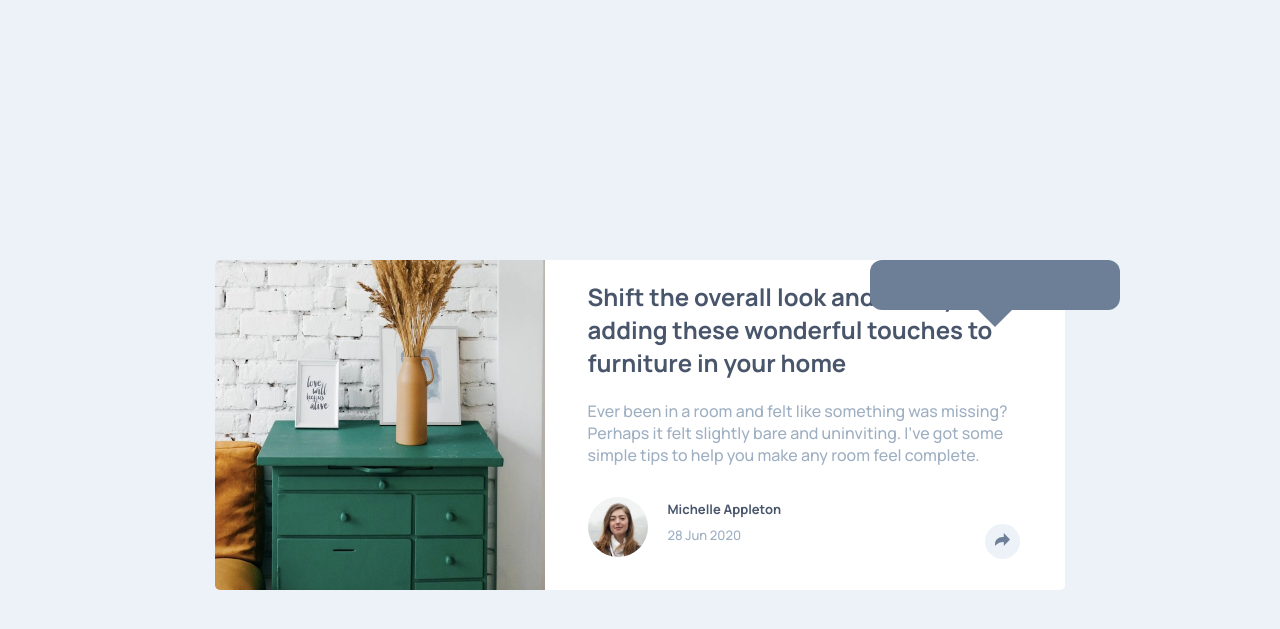
Repository: ricky603/training-css
Page: article-preview-component-master/index.html
The author's editor kept a copy of each file at every save. The page is drawn from the files as they stood at one save, then again after a run of saves.
The browser window is 1280 px wide. The pictures show the whole page.

Above is the page before, as saved 2020-09-09 10:05:55.

### article-preview-component-master/index.html
<!DOCTYPE html>
<html lang="en">

<head>
    <meta charset="UTF-8">
    <meta name="viewport" content="width=device-width, initial-scale=1.0">
    <!-- displays site properly based on user's device -->

    <link rel="icon" type="image/png" sizes="32x32" href="./images/favicon-32x32.png">
    <link rel="stylesheet" href="./styles.css">
    <link href="https://fonts.googleapis.com/css2?family=Manrope:wght@500;700&display=swap" rel="stylesheet">

    <title>Frontend Mentor | Article preview component</title>

    <!-- Feel free to remove these styles or customise in your own stylesheet 👍 -->
</head>

<body>
    <div class="article">
        <div id="image">
            <img src="./images/drawers.jpg" class="drawer">
        </div>

        <div class="post">
            <div class="head">
                <h2>Shift the overall look and feel by adding these wonderful touches to furniture in your home</h2>
            </div>
            <div class="body">
                <p>Ever been in a room and felt like something was missing? Perhaps it felt slightly bare and uninviting. I’ve got some simple tips to help you make any room feel complete.</p>
            </div>
            <div class="avatar">
                <img src="./images/avatar-michelle.jpg" class="profile">
                <div class="profile-name">
                    <p class="name">Michelle Appleton</p>
                    <p class="date">28 Jun 2020</p>
                </div>
            </div>
            <div class="share">
                <img src="./images/icon-share.svg" class="icon">
            </div>
        </div>
        <div class="speech-bubble">

        </div>
    </div>


</body>

</html>

<!--

  Ever been in a room and felt like something was missing? Perhaps
  it felt slightly bare and uninviting. I’ve got some simple tips
  to help you make any room feel complete.

  Michelle Appleton
  28 Jun 2020

  Share -->

### article-preview-component-master/styles.css
body {
    background-color: hsl(210, 46%, 95%);
}

h2 {
    font-family: 'Manrope';
    font-weight: 700;
}

#image {
    display: inline-block;
}

.post {
    position: absolute;
    width: 52%;
    display: inline-block;
    margin: 0% 5% 0% 5%;
}

.body {
    position: relative;
    display: inline-block;
    font-family: 'Manrope';
    color: hsl(212, 23%, 69%);
    bottom: 15px;
}

.head {
    display: inline-block;
    color: hsl(217, 19%, 35%);
}

.article {
    position: fixed;
    width: 850px;
    height: 330px;
    background-color: white;
    margin: auto;
    top: 50%;
    left: 50%;
    margin-top: -100px;
    margin-left: -425px;
    border-radius: 5px;
}

.drawer {
    width: 330px;
    height: 330px;
    border-radius: 5px 0 0 5px;
}

.attribution {
    font-size: 11px;
    text-align: center;
}

.attribution a {
    color: hsl(228, 45%, 44%);
}

.avatar {
    display: inline-block;
    margin-bottom: 100%;
}

.profile {
    height: 30%;
    width: 30%;
    border-radius: 100%;
    float: left;
    margin-right: 10%;
}

.profile-name {
    position: relative;
    width: 200px;
    bottom: 10px;
}

.name {
    font-family: 'Manrope';
    font-weight: 700;
    font-size: 13px;
    color: hsl(217, 19%, 35%);
}

.date {
    position: relative;
    bottom: 5px;
    font-family: 'Manrope';
    font-size: 13px;
    color: hsl(212, 23%, 69%);
}

.share {
    display: inline-block;
    position: absolute;
    left: 90%;
    top: 35%;
    background-color: hsl(210, 46%, 95%);
    width: 35px;
    height: 35px;
    border-radius: 100%;
}

.icon {
    position: absolute;
    margin: 27%;
}

.speech-bubble {
    display: inline-block;
    position: absolute;
    background: hsl(214, 17%, 51%);
    width: 250px;
    height: 50px;
    border-radius: 12px;
    left: 77%;
}

.speech-bubble:after {
    content: '';
    position: absolute;
    bottom: 0;
    left: 50%;
    width: 0;
    height: 0;
    border: 17px solid transparent;
    border-top-color: hsl(214, 17%, 51%);
    border-bottom: 0;
    margin-left: -17px;
    margin-bottom: -17px;
}

After the next 2 saves:
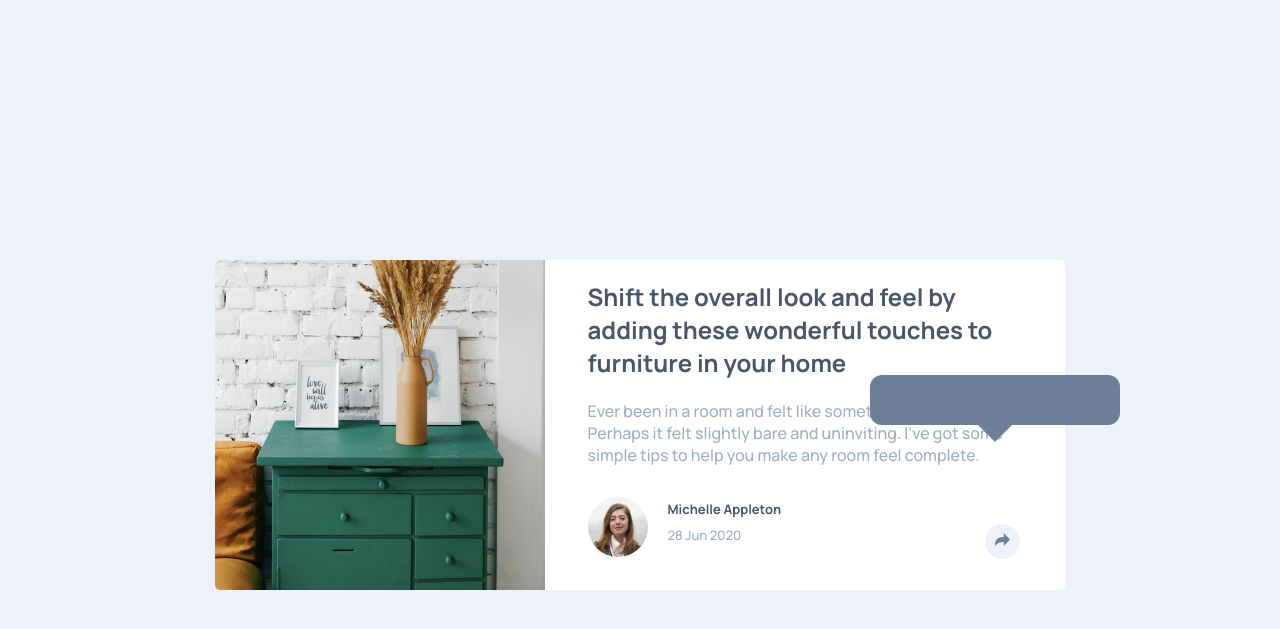
The 2 saves are shown as one change because they came seconds apart.
The last was saved 23 s later.
--- a/article-preview-component-master/styles.css
+++ b/article-preview-component-master/styles.css
@@ -117,6 +117,7 @@ h2 {
     height: 50px;
     border-radius: 12px;
     left: 77%;
+    bottom: 50%;
 }
 
 .speech-bubble:after {
